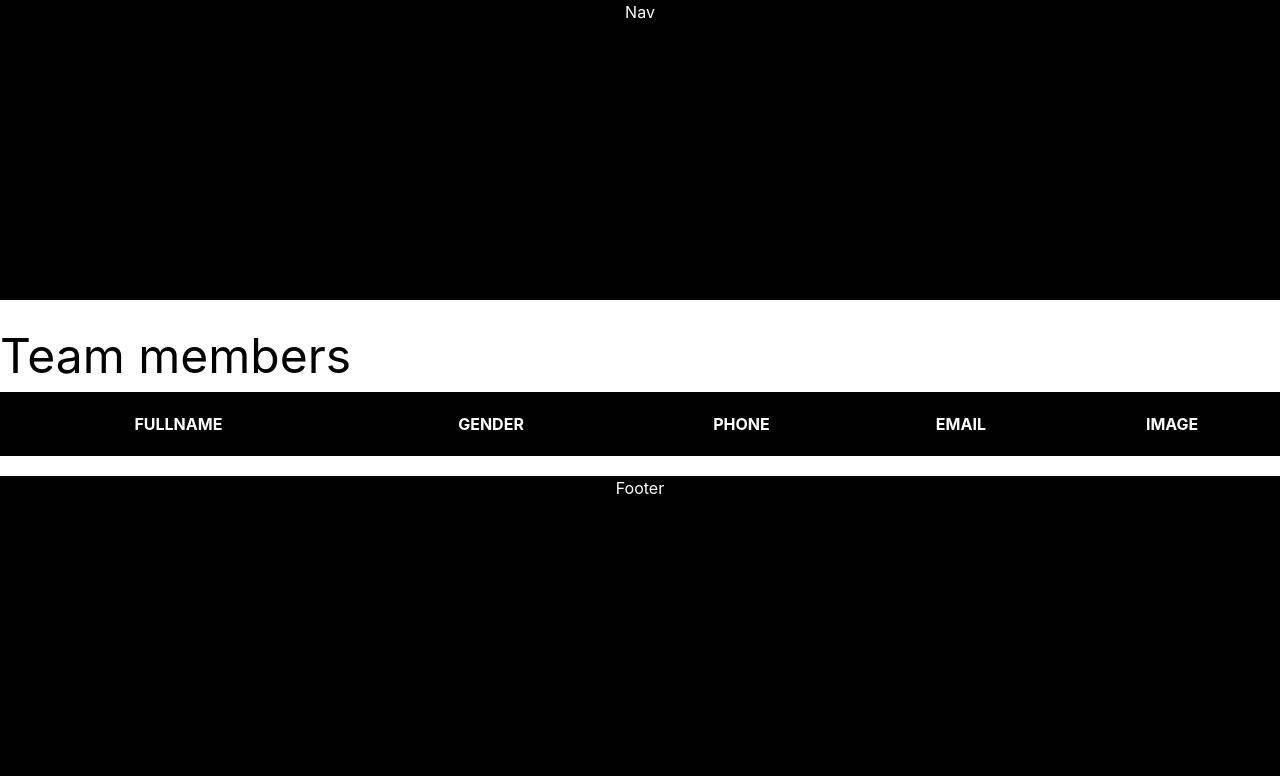
Repository: Eugene44-hub/SHRGroup46-capstone
Page: /members
These files come from the project's save history. The page is drawn as it stood at one moment and after the next save; the edit follows.
The browser window is 1280 px wide. The pictures show the whole page.
The page's requests for data from a server got no answer. The project was rebuilt for these pictures with package versions that can differ from the ones it lists, and the page was loaded fresh each time. No one was signed in, and anything a server would have sent is missing.

Above is the page before, as saved 2022-05-17 13:27:29.

After the next save:
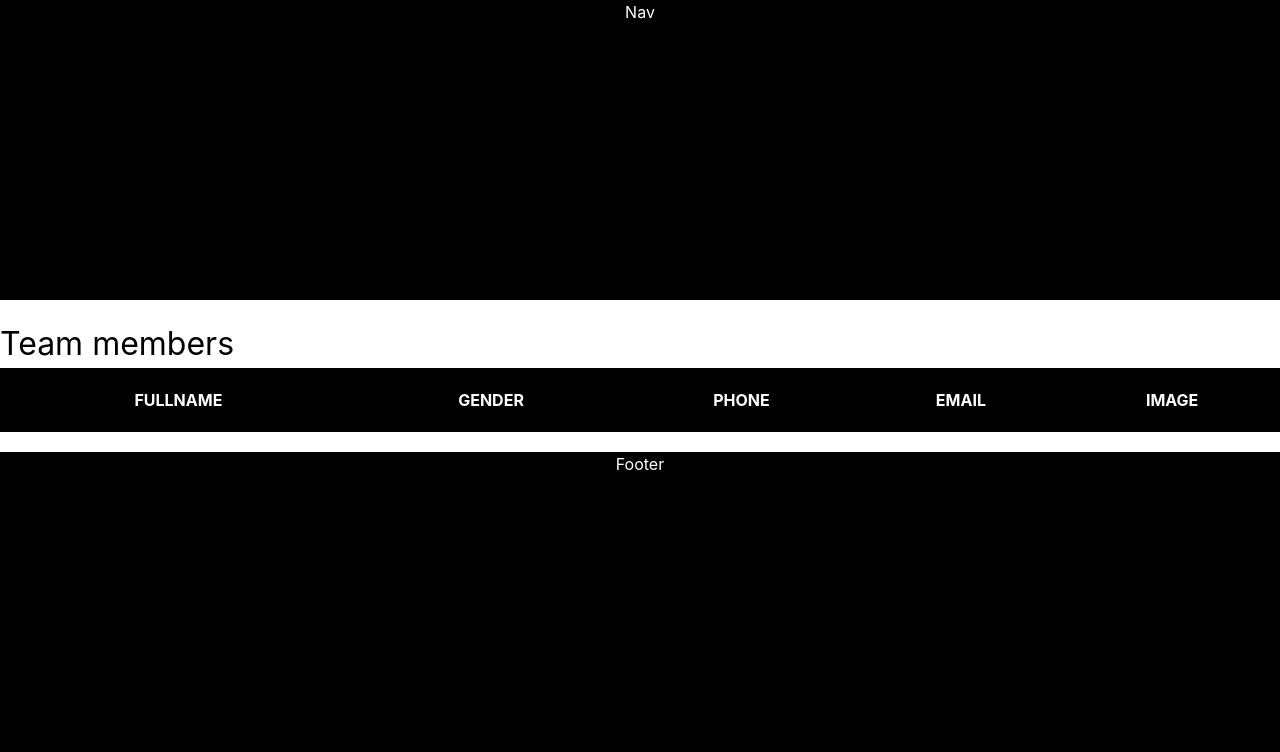
Saved 8 s later.
--- a/src/pages/members/Members.jsx
+++ b/src/pages/members/Members.jsx
@@ -11,7 +11,7 @@ console.log(members);
   return (
     <section className='my-5'>
     <div className='container'>
-    <header className='text-[3rem]'>
+    <header className='text-[2rem]'>
       Team members
     </header>
 <table className='w-full bg-black text-white'>
